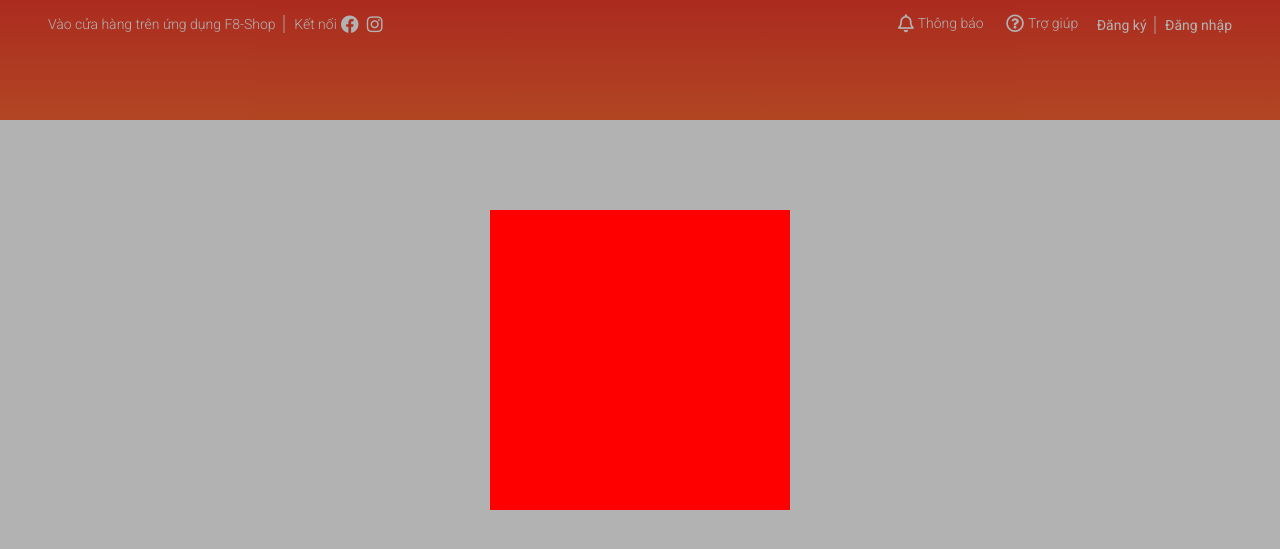
Repository: vanntrong/F8-Shop
Page: index.html
The author's editor kept a copy of each file at every save. The page is drawn from the files as they stood at one save, then again after the next save.
The browser window is 1280 px wide. The pictures show the whole page.

Above is the page before, as saved 2021-09-01 19:33:08.

### index.html
<!DOCTYPE html>
<html lang="en">
  <head>
    <meta charset="UTF-8" />
    <meta http-equiv="X-UA-Compatible" content="IE=edge" />
    <meta name="viewport" content="width=device-width, initial-scale=1.0" />
    <title>Document</title>
    <link rel="stylesheet" href="./assets/css/reset.css" />
    <link rel="stylesheet" href="./assets/css/base.css" />
    <link rel="stylesheet" href="./assets/css/main.css" />
    <link href="https://fonts.googleapis.com/css2?family=Roboto:wght@300;400;500;700&display=swap" rel="stylesheet" />
    <link
      rel="stylesheet"
      href="./assets/fonts/fontawesome-free-5.15.4-web/fontawesome-free-5.15.4-web/css/all.min.css"
    />
  </head>
  <body>
    <div class="app">
      <header class="header">
        <div class="grid">
          <nav class="header__navbar">
            <ul class="header__navbar-list">
              <li class="header__navbar-item header__navbar-item--has-qr header__navbar-item--separate">
                Vào cửa hàng trên ứng dụng F8-Shop
                <div class="header__qr">
                  <img src="./assets/img/QR_code.png" alt="QR code" class="header__qr-img" />
                  <div class="header__qr-apps">
                    <a href="" class="header__qr-link">
                      <img src="./assets/img/google_play.png" alt="GooglePlay" class="header__qr-download-img" />
                    </a>
                    <a href="" class="header__qr-link">
                      <img src="./assets/img/app_store.png" alt="AppStore" class="header__qr-download-img" />
                    </a>
                  </div>
                </div>
              </li>
              <li class="header__navbar-item">
                <span class="header__navbar-item--no-pointer"> Kết nối </span>
                <a href="#" class="header__navbar-icon-link">
                  <i class="header__navbar-icon fab fa-facebook"></i>
                </a>
                <a href="#" class="header__navbar-icon-link">
                  <i class="header__navbar-icon fab fab fa-instagram"></i>
                </a>
              </li>
            </ul>

            <ul class="header__navbar-list">
              <li class="header__navbar-item header__navbar-item--has-notify">
                <a href="#" class="header__navbar-item-link">
                  <i class="header__navbar-icon far fa-bell"></i>
                  Thông báo
                </a>
                <div class="header__notify">
                  <header class="header__notify-header">
                    <h3>Thông Báo Mới Nhận</h3>
                  </header>
                  <ul class="header__notify-list">
                    <li class="header__notify-item header__notify-item--viewed">
                      <a href="#" class="header__notify-link">
                        <img
                          src="https://cf.shopee.vn/file/70488a103a5ecdbf5889822acd19ef14"
                          alt=""
                          class="header__notify-img"
                        />
                        <div class="header__notify-info">
                          <span class="header__notify-name"> Xác thực chính hãng nguồn gốc các sản phẩm Ohui </span>
                          <span class="header__notify-desc">
                            HiddenTag là giải pháp xác thực hàng chính hãng bằng công nghệ tiên tiến nhất hiện nay
                          </span>
                        </div>
                      </a>
                    </li>
                    <li class="header__notify-item header__notify-item--viewed">
                      <a href="#" class="header__notify-link">
                        <img
                          src="https://cf.shopee.vn/file/70488a103a5ecdbf5889822acd19ef14"
                          alt=""
                          class="header__notify-img"
                        />
                        <div class="header__notify-info">
                          <span class="header__notify-name"> Mỹ phẩm Ohui chính hãng </span>
                          <span class="header__notify-desc"> Mô tả mỹ phẩm Ohui chính hãng </span>
                        </div>
                      </a>
                    </li>
                    <li class="header__notify-item header__notify-item--viewed">
                      <a href="#" class="header__notify-link">
                        <img
                          src="https://cf.shopee.vn/file/70488a103a5ecdbf5889822acd19ef14"
                          alt=""
                          class="header__notify-img"
                        />
                        <div class="header__notify-info">
                          <span class="header__notify-name"> Mỹ phẩm Ohui chính hãng </span>
                          <span class="header__notify-desc"> Mô tả mỹ phẩm Ohui chính hãng </span>
                        </div>
                      </a>
                    </li>
                    <li class="header__notify-item header__notify-item--viewed">
                      <a href="#" class="header__notify-link">
                        <img
                          src="https://cf.shopee.vn/file/70488a103a5ecdbf5889822acd19ef14"
                          alt=""
                          class="header__notify-img"
                        />
                        <div class="header__notify-info">
                          <span class="header__notify-name"> Mỹ phẩm Ohui chính hãng </span>
                          <span class="header__notify-desc"> Mô tả mỹ phẩm Ohui chính hãng </span>
                        </div>
                      </a>
                    </li>
                    <li class="header__notify-item header__notify-item--viewed">
                      <a href="#" class="header__notify-link">
                        <img
                          src="https://cf.shopee.vn/file/70488a103a5ecdbf5889822acd19ef14"
                          alt=""
                          class="header__notify-img"
                        />
                        <div class="header__notify-info">
                          <span class="header__notify-name"> Mỹ phẩm Ohui chính hãng </span>
                          <span class="header__notify-desc"> Mô tả mỹ phẩm Ohui chính hãng </span>
                        </div>
                      </a>
                    </li>
                  </ul>
                  <footer class="header__notify-footer">
                    <a href="" class="header__notify-footer-btn">Xem tất cả</a>
                  </footer>
                </div>
              </li>
              <li class="header__navbar-item">
                <a href="#" class="header__navbar-item-link">
                  <i class="header__navbar-icon far fa-question-circle"></i>
                  Trợ giúp
                </a>
              </li>
              <li class="header__navbar-item header__navbar-item--strong header__navbar-item--separate">Đăng ký</li>
              <li class="header__navbar-item header__navbar-item--strong">Đăng nhập</li>
            </ul>
          </nav>
        </div>
      </header>

      <div class="container"></div>

      <footer class="footer"></footer>
    </div>

    <!-- modal layout -->
    <div class="modal">
      <div class="modal__overplay"></div>

      <div class="modal__body">
        <div class="modal__inner"></div>
      </div>
    </div>
  </body>
</html>

### assets/css/base.css
:root {
  --white-color: #fff;
  --black-color: #000;
  --text-color: #333;
  --primary-color: #ee4d2d;
}

* {
  box-sizing: inherit;
}

html {
  font-size: 62.5%;
  line-height: 1.6rem;
  font-family: "Roboto", sans-serif;
  box-sizing: border-box;
}

.grid {
  width: 1200px;
  max-width: 100%;
  margin: 0 auto;
}

.grid__full-width {
  width: 100%;
}

.grid__row {
  display: flex;
  flex-wrap: wrap;
}

/* animation */
@keyframes faceIn {
  from {
    opacity: 0;
  }
  to {
    opacity: 1;
  }
}

/* modal */
.modal {
  position: fixed;
  top: 0;
  right: 0;
  bottom: 0;
  left: 0;
  display: flex;
}

.modal__overplay {
  position: absolute;
  width: 100%;
  height: 100%;
  background-color: rgba(0, 0, 0, 0.3);
}

.modal__body {
  width: 300px;
  height: 300px;
  background-color: red;
  margin: auto;
  z-index: 1;
}

### assets/css/main.css
.header {
  height: 12rem;
  background-image: linear-gradient(0, #fe6432, #f53e2d);
}

.header__navbar {
  display: flex;
  align-items: center;
  justify-content: space-between;
}

.header__navbar-list {
  list-style: none;
}

.header__navbar-item {
  min-height: 2.6rem;
  margin: 1rem 0.8rem 0;
  position: relative;
}

.header__navbar-item,
.header__navbar-item-link {
  display: inline-block;
  font-size: 1.4rem;
  color: var(--white-color);
  text-decoration: none;
  font-weight: 300;
}

.header__navbar-item,
.header__navbar-item-link,
.header__navbar-icon-link {
  display: inline-flex;
  align-items: center;
}

.header__navbar-item:hover,
.header__navbar-icon-link:hover,
.header__navbar-item-link:hover {
  cursor: pointer;
  color: rgba(255, 255, 255, 0.7);
}

.header__navbar-item--strong {
  font-weight: 400;
}

.header__navbar-item--separate::after {
  content: "";
  display: block;
  position: absolute;
  border: 1px solid #fb9086;
  height: 1.6rem;
  right: -0.9rem;
  top: 50%;
  transform: translateY(-50%);
}

.header__navbar-icon-link {
  color: var(--white-color);
  text-decoration: none;
}

.header__navbar-icon {
  font-size: 1.8rem;
  margin: 0 0.4rem;
}

.header__navbar-item--no-pointer {
  cursor: text;
  color: var(--white-color);
}

/* header QR code */
.header__qr {
  width: 18.6rem;
  background-color: var(--white-color);
  position: absolute;
  left: 0;
  top: 140%;
  border-radius: 2px;
  display: none;
  animation: faceIn ease-in 0.25s;
}

.header__qr::before {
  position: absolute;
  left: 0;
  top: -1.6rem;
  width: 100%;
  height: 2rem;
  content: "";
  display: block;
}

.header__navbar-item--has-qr:hover .header__qr {
  display: block;
}

.header__navbar-item--has-notify:hover .header__notify {
  display: block;
}
.header__qr-img {
  width: 100%;
}
.header__qr-apps {
  display: flex;
  justify-content: space-between;
  flex-wrap: wrap;
  margin: 0 1rem;
}
.header__qr-download-img {
  height: 1.6rem;
}

/* header notification */
.header__notify {
  position: absolute;
  top: 140%;
  right: 0;
  width: 40.4rem;
  border: 1px solid #d3d3d3;
  background-color: var(--white-color);
  cursor: default;
  transform-origin: calc(100% - 20px) top;
  animation: headerNotifyGrowth ease-in 0.2s;
  -webkit-animation: headerNotifyGrowth ease-in 0.2s;
  will-change: opacity, transform;
  display: none;
}

.header__notify::before {
  content: "";
  border-width: 20px 28px;
  border-style: solid;
  border-color: transparent transparent var(--white-color) transparent;
  position: absolute;
  right: 4px;
  top: -30px;
}

.header__notify::after {
  content: "";
  display: block;
  position: absolute;
  right: 0;
  top: -16px;
  width: 90px;
  height: 20px;
}

@keyframes headerNotifyGrowth {
  from {
    opacity: 0;
    transform: scale(0);
  }
  to {
    opacity: 1;
    transform: scale(1);
  }
}
.header__notify-header {
  height: 4rem;
  background-color: var(--white-color);
}
.header__notify-header h3 {
  color: #999;
  margin: 0 0 0 12px;
  font-weight: 400;
  font-size: 1.4rem;
  line-height: 40px;
  -webkit-user-select: none;
}
.header__notify-list {
  padding-left: 0;
}
.header__notify-item {
}

.header__notify-item--viewed {
  background-color: rgba(238, 77, 45, 0.08);
}
.header__notify-item:hover {
  background-color: #f7f7f7;
}
.header__notify-link {
  width: 100%;
  display: flex;
  padding: 12px;
  text-decoration: none;
}
.header__notify-img {
  width: 48px;
  object-fit: contain;
}
.header__notify-info {
  margin-left: 12px;
}
.header__notify-name {
  display: block;
  font-size: 1.4rem;
  color: var(--text-color);
  font-weight: 400;
  line-height: 1.8rem;
}
.header__notify-desc {
  margin-top: 8px;
  display: block;
  font-size: 1.2rem;
  line-height: 1.6rem;
  color: #756f6e;
}

.header__notify-footer {
  text-align: center;
  padding: 14px 0;
}

.header__notify-footer-btn {
  display: block;
  width: 100%;
  font-weight: 400;
  color: var(--text-color);
  text-decoration: none;
}

Loaded but not shown: assets/css/reset.css (common file); assets/fonts/fontawesome-free-5.15.4-web/fontawesome-free-5.15.4-web/css/all.min.css (library)

After the next save:
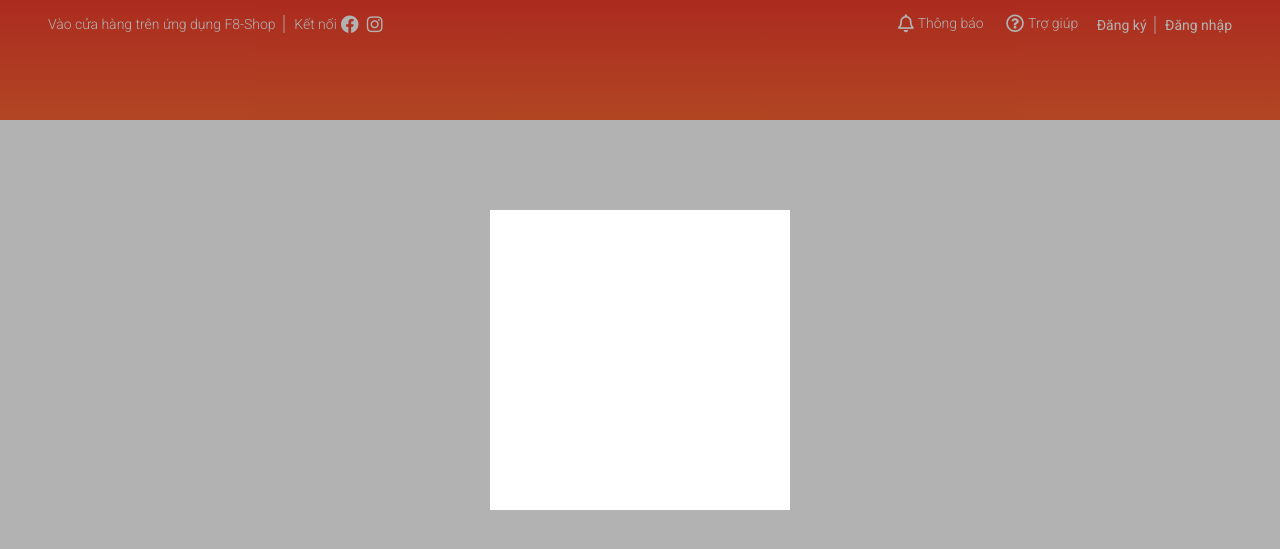
Saved 12 s later.
--- a/assets/css/base.css
+++ b/assets/css/base.css
@@ -61,7 +61,7 @@
 .modal__body {
   width: 300px;
   height: 300px;
-  background-color: red;
+  background-color: #fff;
   margin: auto;
   z-index: 1;
 }
